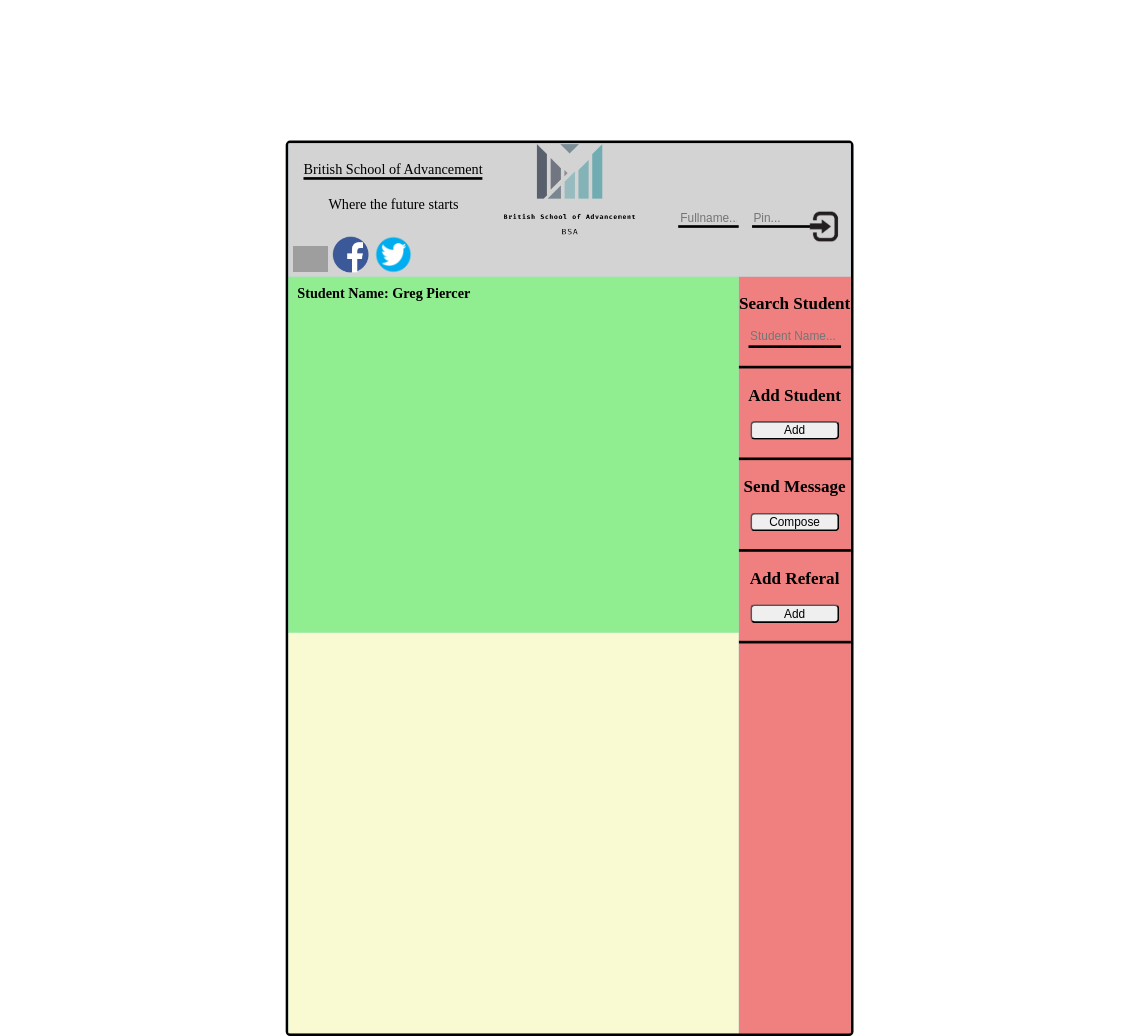
Repository: ghend99/School-app
Page: index.html
These files come from the project's save history. The page is drawn as it stood at one moment and after the next save; the edit follows.
The browser window is 1280 px wide. The pictures show the whole page, at 89% of full size.
Pictures or frames that could not be fetched are drawn as grey boxes.

Above is the page before, as saved 2023-03-24 14:08:24.

After the next save:
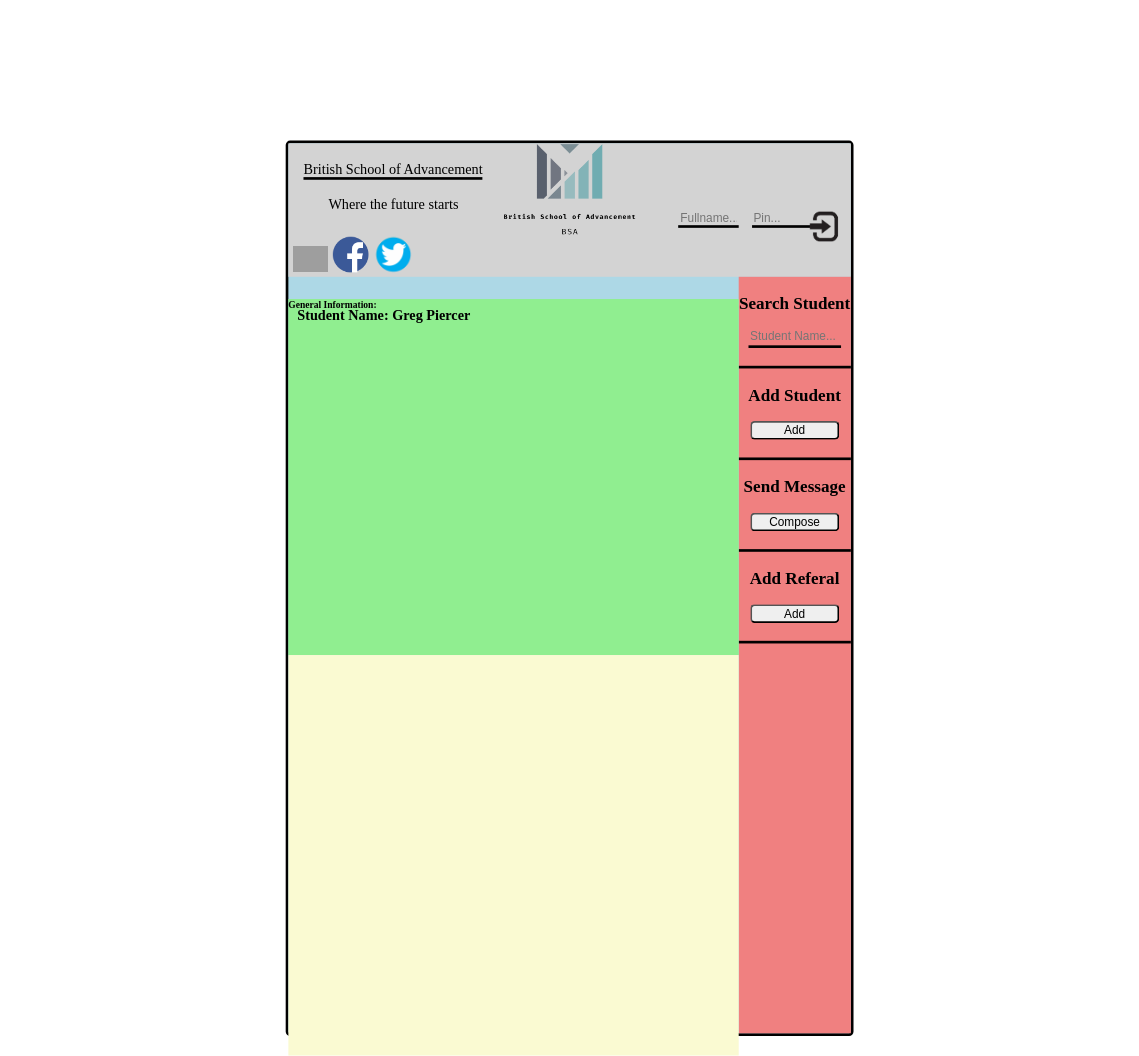
Saved 67 s later.
--- a/index.html
+++ b/index.html
@@ -68,6 +68,7 @@
       <!-- Student Information Container -->
       <div id="student-information-container">
         <h1 class="student-information-header">Student Name: Greg Piercer</h1>
+        <h6>General Information:</h6>
       </div>
 
       <!-- Student Management Container -->

After the 3 saves that followed:
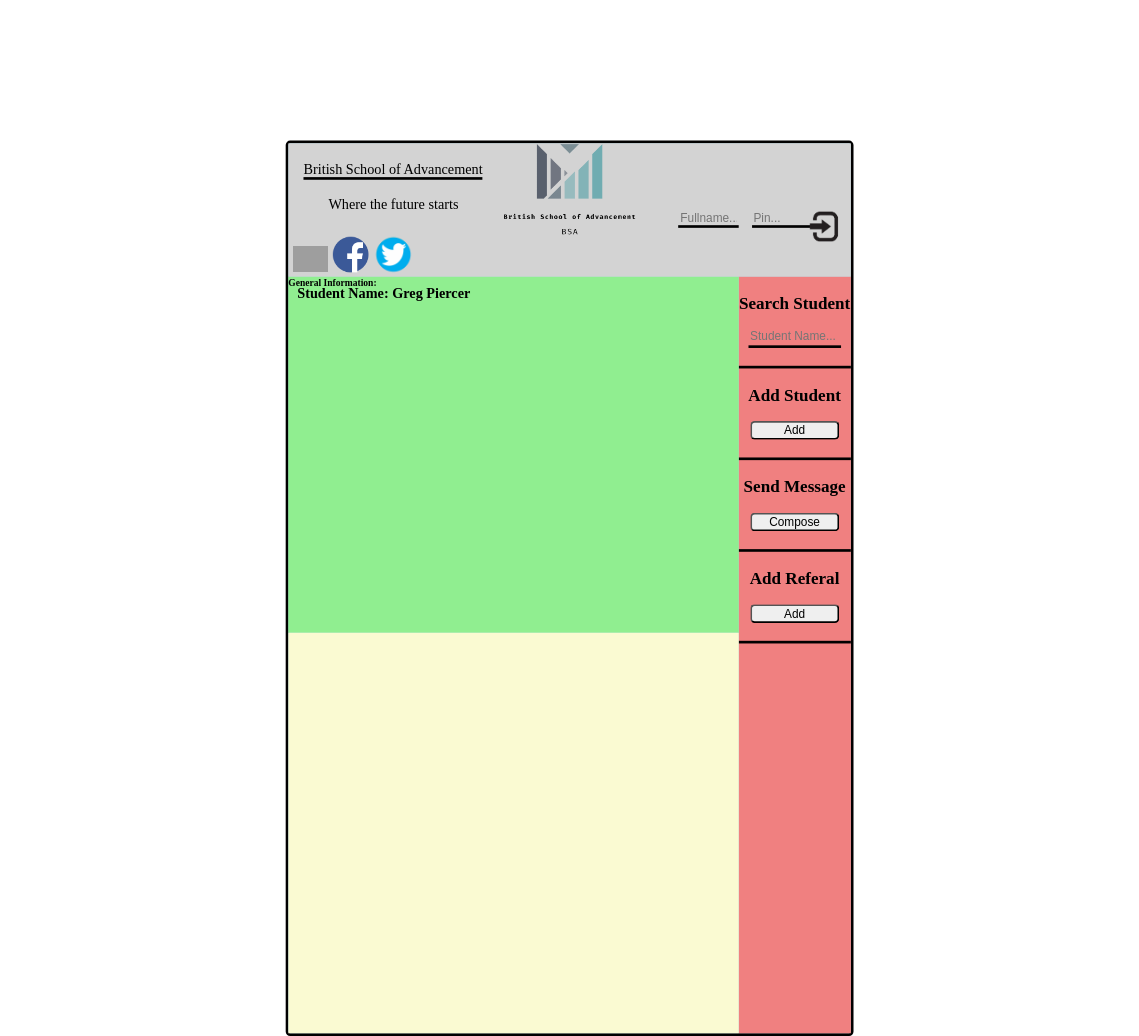
The 3 saves are shown as one change because 2 left the picture as it was.
The last was saved 26 s later.
--- a/index.html
+++ b/index.html
@@ -68,7 +68,7 @@
       <!-- Student Information Container -->
       <div id="student-information-container">
         <h1 class="student-information-header">Student Name: Greg Piercer</h1>
-        <h6>General Information:</h6>
+        <h6 class="student-information-general-header">General Information:</h6>
       </div>
 
       <!-- Student Management Container -->
--- a/style.css
+++ b/style.css
@@ -159,6 +159,11 @@
   font-size: clamp(1rem, 1vw, 2rem);
 }
 
+.student-information-general-header {
+  position: absolute;
+  margin: 0;
+}
+
 #student-management-container {
   position: relative;
   max-width: 80%;
